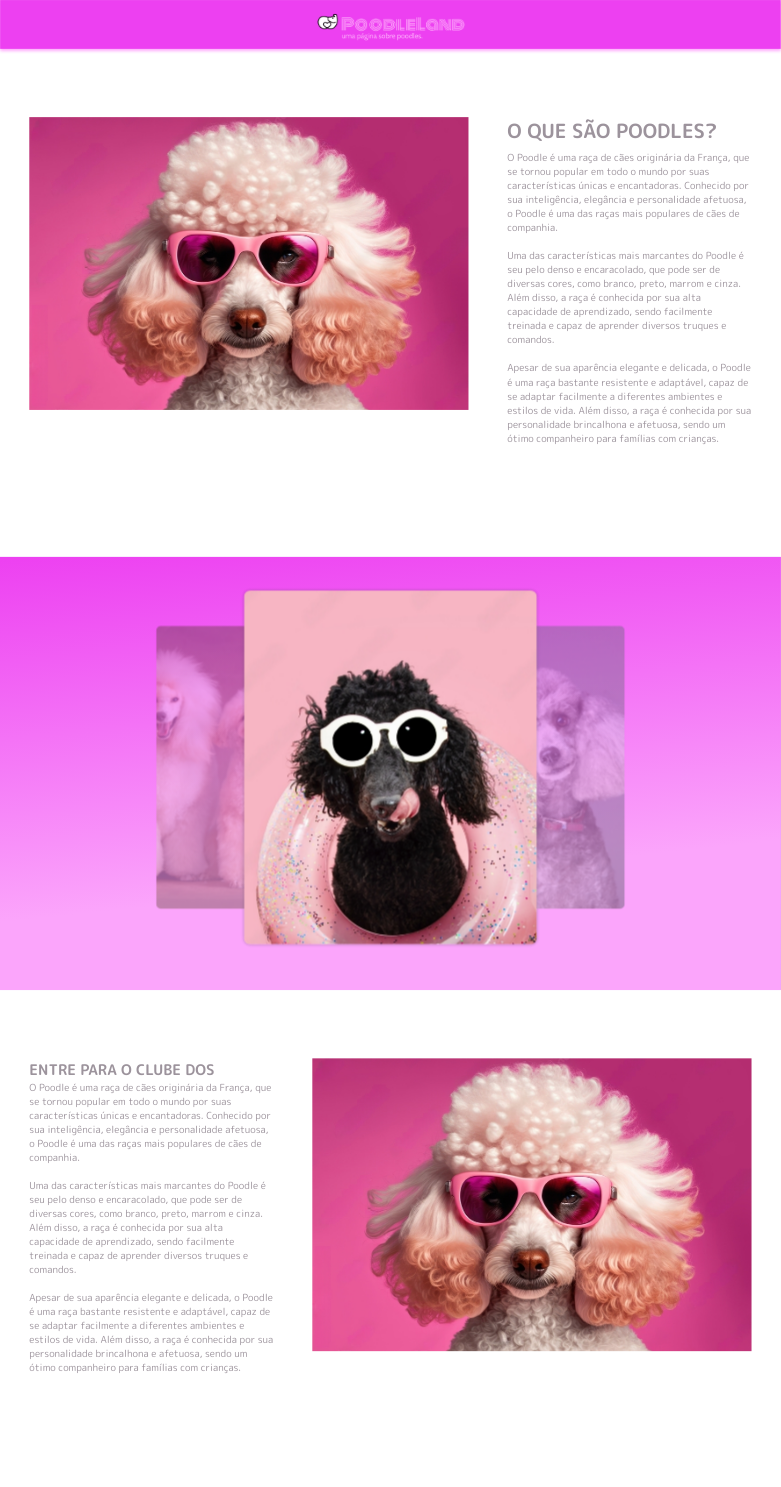
Repository: vinibalt/PoodleLand
Page: poddlelandia.html
An editor plug-in stored every save of this project. The page is shown before and after the next save, followed by the edit.
The browser window is 1280 px wide. The pictures show the whole page, at 61% of full size.

Above is the page before, as saved 2023-05-12 21:56:52.

After the next save:
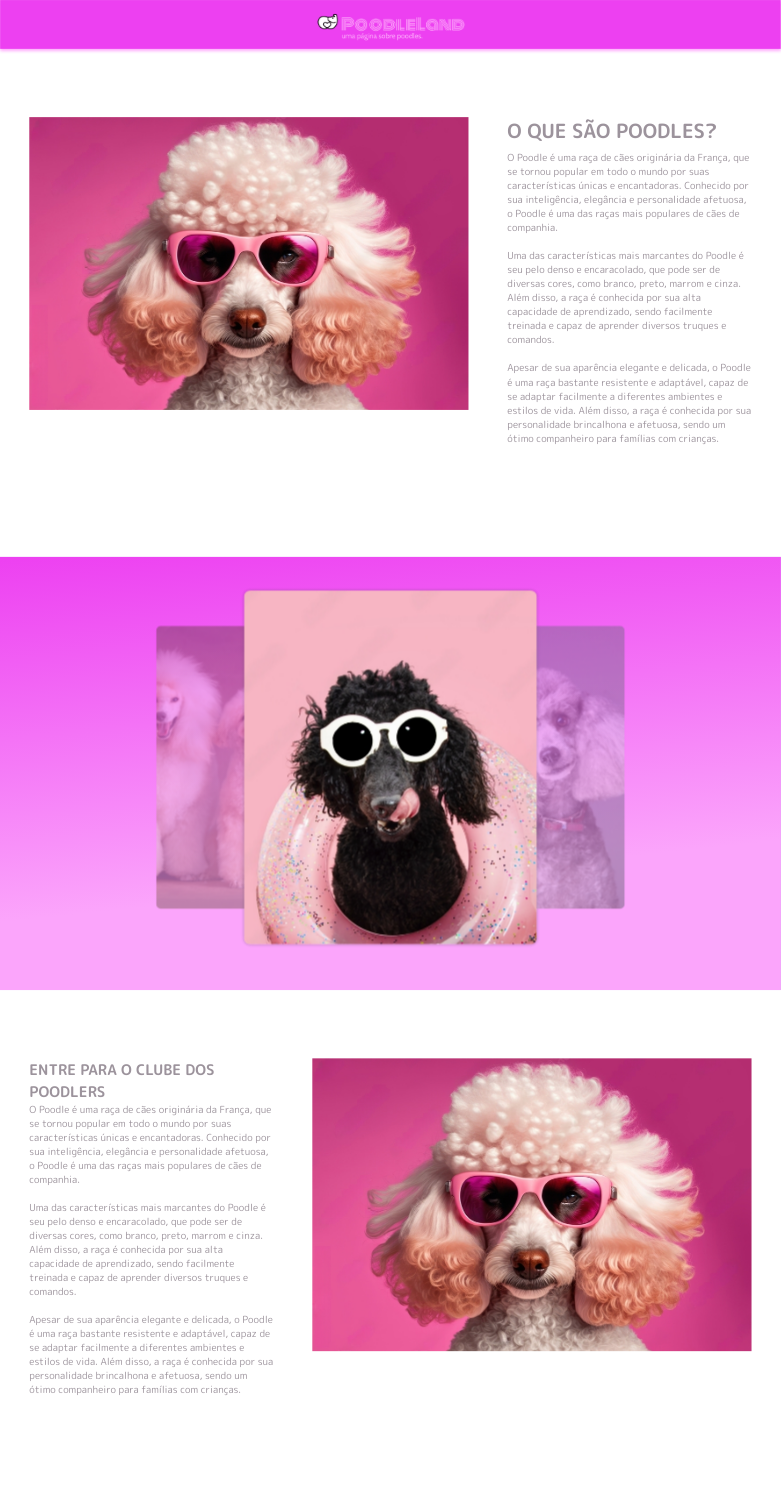
Saved 6 s later.
--- a/poddlelandia.html
+++ b/poddlelandia.html
@@ -63,7 +63,7 @@
 
     <section class="section-two row">
         <div class="text-two">
-            <h1>ENTRE PARA O CLUBE DOS </h1>
+            <h1>ENTRE PARA O CLUBE DOS POODLERS</h1>
             <p>
                 O Poodle é uma raça de cães originária da França, que se tornou popular em todo o mundo por suas
                 características únicas e encantadoras. Conhecido por sua inteligência, elegância e personalidade
